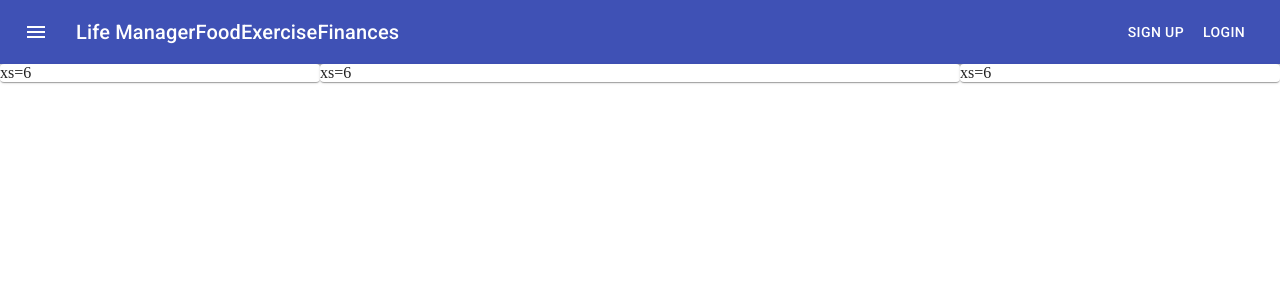
Repository: DaNiels89/lifemanagerreact
Page: /
These files come from the project's save history. The page is drawn as it stood at one moment and after a run of saves; the edit follows.
The browser window is 1280 px wide. The pictures show the whole page.
The project was rebuilt for these pictures with package versions that can differ from the ones it lists, and the page was loaded fresh each time.

Above is the page before, as saved 2020-03-13 14:52:41.

After the next 2 saves:
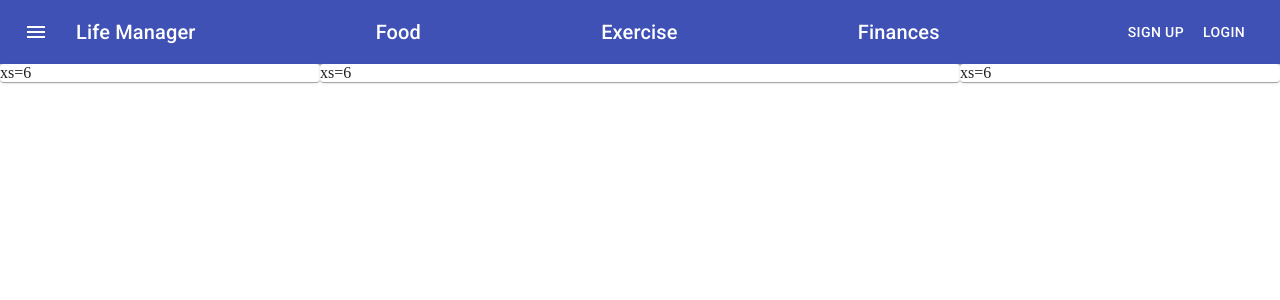
The 2 saves are shown as one change because 1 did not build or start.
The last was saved 52 s later.
--- a/src/components/layout/Header.js
+++ b/src/components/layout/Header.js
@@ -40,12 +40,18 @@ export default function Header() {
             <Link href="/" onClick={preventDefault} color="inherit">
               Life Manager
             </Link>
+          </Typography>
+          <Typography variant="h6" className={classes.title}>
             <Link href="/" onClick={preventDefault} color="inherit">
               Food
             </Link>
+          </Typography>
+          <Typography variant="h6" className={classes.title}>
             <Link href="/" onClick={preventDefault} color="inherit">
               Exercise
             </Link>
+          </Typography>
+          <Typography variant="h6" className={classes.title}>
             <Link href="/" onClick={preventDefault} color="inherit">
               Finances
             </Link>
